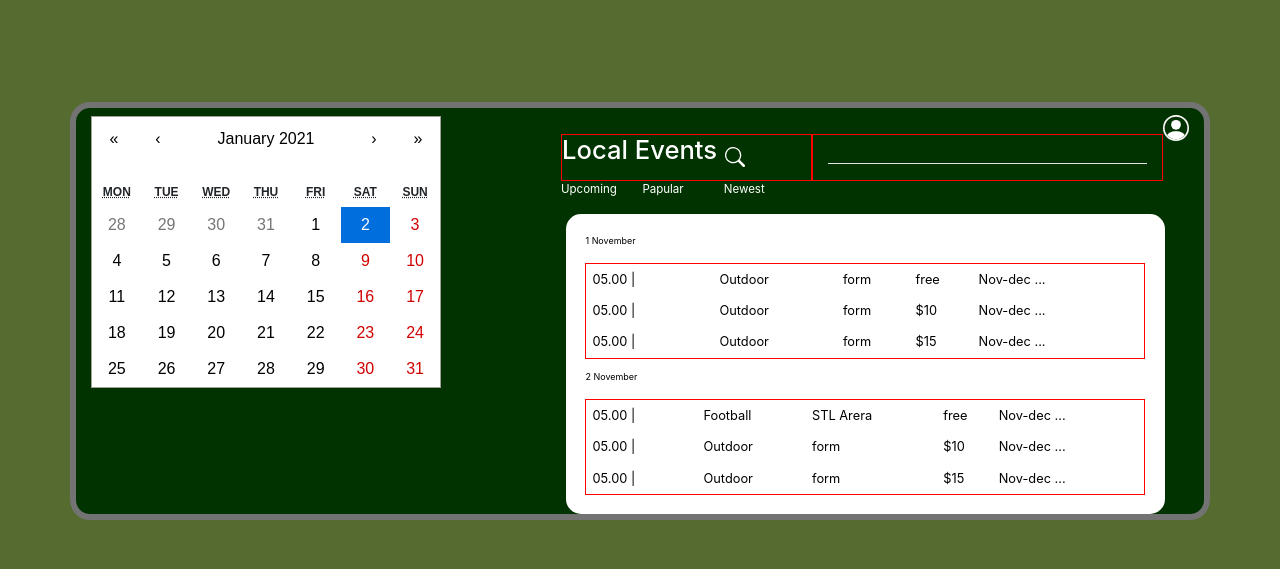
Repository: lalji-yadav/Calendar-code
Page: /
The author's editor kept a copy of each file at every save. The page is drawn from the files as they stood at one save, then again after the next save.
The browser window is 1280 px wide. The pictures show the whole page.
The project was rebuilt for these pictures with package versions that can differ from the ones it lists, and the page was loaded fresh each time. Also part of the build but not shown: src/App.css.

Above is the page before, as saved 2021-01-04 11:20:01.

### src/App.js
import logo from './logo.svg';
import './App.css';
import MyApp from './calendar/calendar'
import Home from "./calendar/Home";

function App() {
  return (
    <div>
      <header>

        <Home />

      </header>
    </div>
  );
}

export default App;

### src/calendar/calendar.js
import React, { useState } from 'react';
import 'react-calendar/dist/Calendar.css';
import Calendar from 'react-calendar';

function MyApp() {
  const [value, onChange] = useState(new Date());

  return (
    <div>
      <Calendar
        onChange={onChange}
        value={value}
      />
    </div>
  );
}

export default MyApp;

### src/calendar/Home.js
import React from 'react';
import "./Home.css";
import MyApp from "./calendar";

function Home() {

  return (
    <div className="main">
      <div className='container'>
        <div className="row">
          <div className="col-sm-5 calendar">
             <MyApp />
          </div>
          <div className="col-sm-7">

            <div style={{float:"right", paddingTop:"1%"}}>
            <svg xmlns="http://www.w3.org/2000/svg" width="26" height="26" fill="white" class="bi bi-person-circle" viewBox="0 0 16 16">
            <path d="M13.468 12.37C12.758 11.226 11.195 10 8 10s-4.757 1.225-5.468 2.37A6.987 6.987 0 0 0 8 15a6.987 6.987 0 0 0 5.468-2.63z"/>
             <path fill-rule="evenodd" d="M8 9a3 3 0 1 0 0-6 3 3 0 0 0 0 6z"/>
             <path fill-rule="evenodd" d="M8 1a7 7 0 1 0 0 14A7 7 0 0 0 8 1zM0 8a8 8 0 1 1 16 0A8 8 0 0 1 0 8z"/>
            </svg>
            </div>

            <div className="row" style={{paddingTop:"4%"}}>
               <div className="col-sm-5" style={{border:"1px solid red"}}>
                 <div className="row">
                 <h1 style={{color:"white", fontSize:"2vw"}}>Local Events </h1>
               <svg  style={{margin:"5% 0% 0% 3%"}} xmlns="http://www.w3.org/2000/svg" width="20" height="20" fill="white" class="bi bi-search" viewBox="0 0 16 16">
               <path d="M11.742 10.344a6.5 6.5 0 1 0-1.397 1.398h-.001c.03.04.062.078.098.115l3.85 3.85a1 1 0 0 0 1.415-1.414l-3.85-3.85a1.007 1.007 0 0 0-.115-.1zM12 6.5a5.5 5.5 0 1 1-11 0 5.5 5.5 0 0 1 11 0z"/>
               </svg>
                 </div>
               </div>
               <div className="col-sm-7" style={{border:"1px solid red", paddingTop:"3%"}}>
               <hr style={{marginTop:"10px"}} />

               </div>

            </div>

            <div className="row">
          <div className="col-sm-5 row" style={{color:"white", fontSize:"0.9vw"}}>
            <div className="col-sm-4">
             <p>Upcoming</p>
            </div>
            <div className="col-sm-4">
              <p>Papular</p>
            </div>
            <div className="col-sm-4">
              <p>Newest</p>
            </div>

             {/* Carosal design  */}
          </div>

          <div className="tablebox">

            <p style={{fontSize:"0.7vw"}}> 1 November </p>
                <table  style={{width:"100%", fontSize:"1vw", border:"1px solid red"}}>

                    <tbody>
                      <tr>
                        <td style={{padding:"6px"}}>05.00 |</td>
                        <td>Outdoor</td>
                        <td>form</td>
                        <td>free</td>
                        <td>Nov-dec ...</td>
                      </tr>
                      <tr>
                        <td style={{padding:"6px"}}>05.00 |</td>
                        <td>Outdoor</td>
                        <td>form</td>
                        <td>$10</td>
                        <td>Nov-dec ...</td>
                      </tr>
                      <tr>
                        <td style={{padding:"6px"}}>05.00 |</td>
                        <td>Outdoor</td>
                        <td>form</td>
                        <td>$15</td>
                        <td>Nov-dec ...</td>
                      </tr>
                    </tbody>
                  </table>

                  <p style={{paddingTop:"2%", fontSize:"0.7vw"}}> 2 November </p>
                  <table  style={{width:"100%", fontSize:"1vw", border:"1px solid red"}}>

                    <tbody>
                      <tr>
                        <td style={{padding:"6px"}}>05.00 |</td>
                        <td>Football</td>
                        <td>STL Arera</td>
                        <td>free</td>
                        <td>Nov-dec ...</td>
                      </tr>
                      <tr>
                        <td style={{padding:"6px"}}>05.00 |</td>
                        <td>Outdoor</td>
                        <td>form</td>
                        <td>$10</td>
                        <td>Nov-dec ...</td>
                      </tr>
                      <tr>
                        <td style={{padding:"6px"}}>05.00 |</td>
                        <td>Outdoor</td>
                        <td>form</td>
                        <td>$15</td>
                        <td>Nov-dec ...</td>
                      </tr>
                    </tbody>
                  </table>
             </div>

        </div>

          </div>

        </div>

      </div>

    </div>
  );
}
export default Home;

### src/calendar/Home.css
.main {
    width: 100%;
    height: 100%;
    position: absolute;
    /* padding: 10% 5% 10% 5%; */
    background-color: darkolivegreen;
}
.container {
    width: 80%;
    /* height: 70%; */
    margin: 8% 10% 8% 10%;
    background-color: #003300;
    border: 6px solid #737373;
    border-radius: 20px;
}
.calendar {
    /* border: 2px solid red; */
    margin-top: 8px;
}
hr {
    color: white;
    width: 100%;
    margin-top: 5em;
    background-color: white;
}
.tablebox {
    margin: 0% 0% 0% 3%;
    padding: 3%;
    width: 91%;
    border-radius: 15px;
    color: black;
    background-color: white;
}

Loaded but not shown: public/index.html (common file); src/index.js (common file); src/index.css (common file); src/reportWebVitals.js (common file)

After the next save:
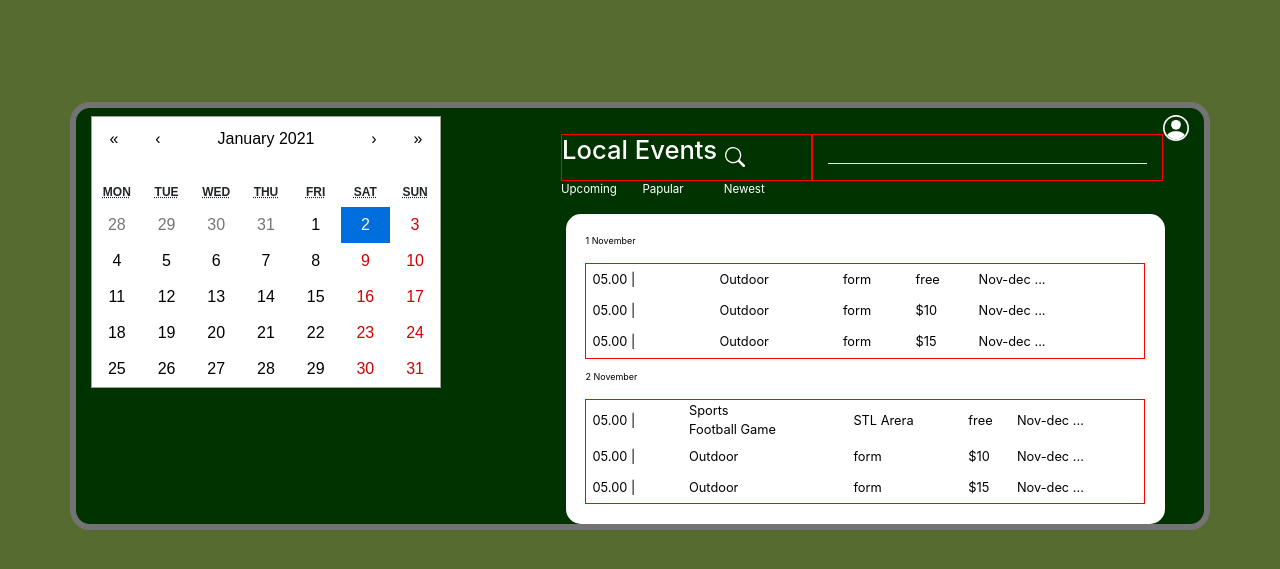
Saved 40 s later.
--- a/src/calendar/Home.js
+++ b/src/calendar/Home.js
@@ -88,7 +88,7 @@ function Home() {
                     <tbody>
                       <tr>
                         <td style={{padding:"6px"}}>05.00 |</td>
-                        <td>Football</td>
+                        <td> Sports <br/> Football Game</td>
                         <td>STL Arera</td>
                         <td>free</td>
                         <td>Nov-dec ...</td>
